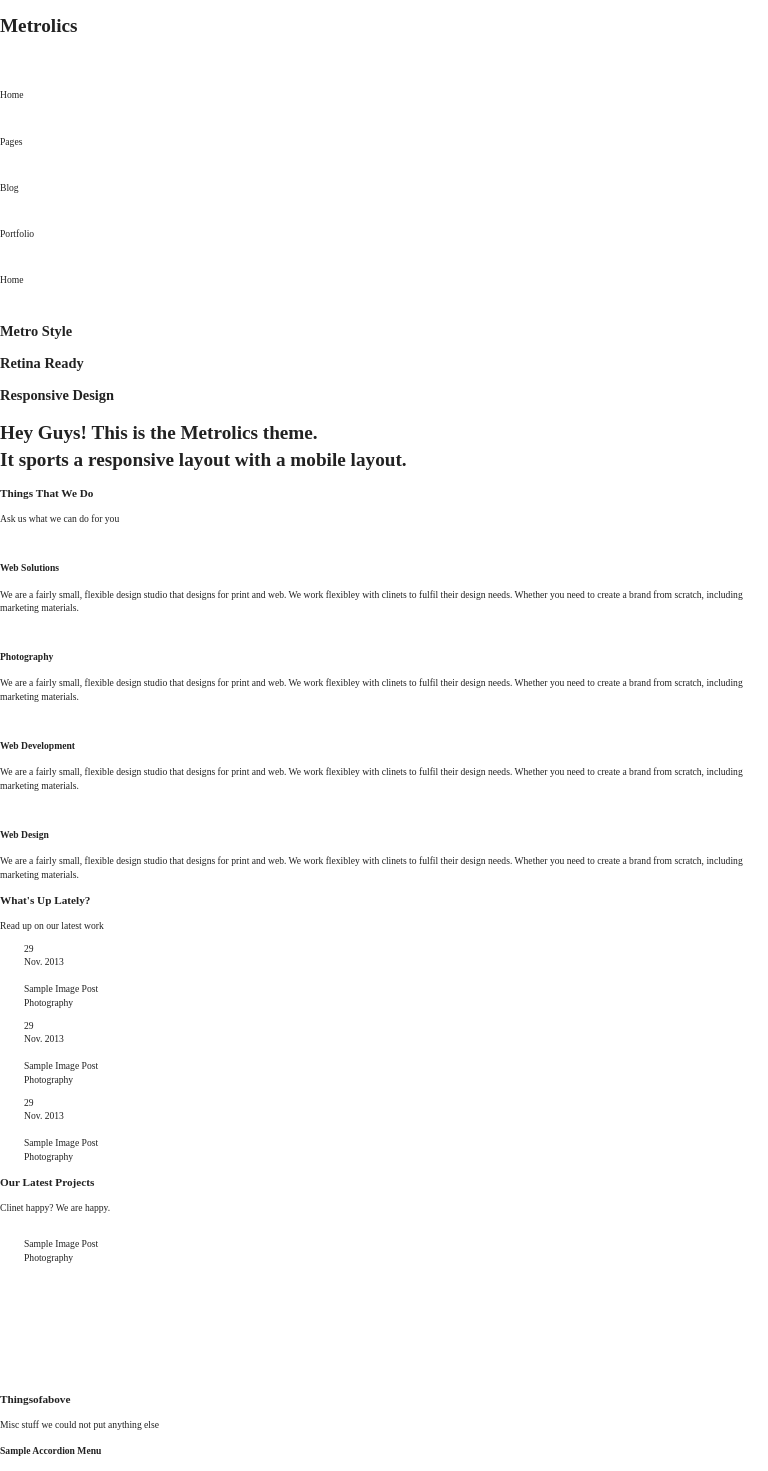
Repository: claudiashin/metrolics
Page: index.html
An editor plug-in stored every save of this project. The page is shown before and after a run of saves, followed by the edit.
The browser window is 1280 px wide. The pictures show the whole page, at 60% of full size.

Above is the page before, as saved 2021-01-27 16:09:30.

### index.html
<!doctype html>
<html class="no-js" lang="EN">

<head>
  <meta charset="utf-8">
  <title>MDIA 2003 Lab 3</title>
  <meta name="description" content="">
  <meta name="viewport" content="width=device-width, initial-scale=1">

  <link rel="manifest" href="site.webmanifest">
  <link rel="apple-touch-icon" href="icon.png">
  <!-- Place favicon.ico in the root directory -->

  <link rel="stylesheet" href="css/normalize.css">
  <link rel="stylesheet" href="css/main.css">
</head>

<body>
  <header class="page_header">
    <div class="logo">
      <div><h1>Metrolics</h1></div>
      <div class="logoimg"><img src=""></div>
    </div>
  </header>

  <nav class="page_nav">
    <div class="nav_container">
      <div class="nav_icon">
        <div><img src=""></div>
        <p>Home</p>
      </div>
      <div class="nav_icon">
        <div><img src=""></div>
        <p>Pages</p>
      </div><div class="nav_icon">
        <div><img src=""></div>
        <p>Blog</p>
      </div><div class="nav_icon">
        <div><img src=""></div>
        <p>Portfolio</p>
      </div><div class="nav_icon">
        <div><img src=""></div>
        <p>Home</p>
      </div>
    </div>
  </nav>

  <section class="main_container">
    <div class="hero_img">
      <img src="">
    </div>
    <div class="">
      <h2>Metro Style</h2>
      <h2>Retina Ready</h2>
      <h2>Responsive Design</h2>
    </div>
  </section>

  <section class="main_container">
    <div>
      <h1>Hey Guys! This is the <span class="textcol">Metrolics</span> theme.<br>It sports a responsive layout with a mobile layout.</h1>
    </div>
  </section>

  <section class="main_container">
    <div class="container">
      <h3>Things That We Do</h3>
      <p>Ask us what we can do for you</p>
    </div>
    <div class="container">
      <div class="container_feature">
        <div class="feature_img">
          <img src="">
        </div>
        <div><h4>Web Solutions</h4></div>
        <div><p>We are a fairly small, flexible design studio that designs for print
          and web. We work flexibley with clinets to fulfil their design needs. Whether
          you need to create a brand from scratch, including marketing materials.
        </p></div>
      </div>
    </div>
    <div class="container">
      <div class="container_feature">
        <div class="feature_img">
          <img src="">
        </div>
        <div><h4>Photography</h4></div>
        <div><p>We are a fairly small, flexible design studio that designs for print
          and web. We work flexibley with clinets to fulfil their design needs. Whether
          you need to create a brand from scratch, including marketing materials.
        </p></div>
      </div>
    </div><div class="container">
      <div class="container_feature">
        <div class="feature_img">
          <img src="">
        </div>
        <div><h4>Web Development</h4></div>
        <div><p>We are a fairly small, flexible design studio that designs for print
          and web. We work flexibley with clinets to fulfil their design needs. Whether
          you need to create a brand from scratch, including marketing materials.
        </p></div>
      </div>
    </div><div class="container">
      <div class="container_feature">
        <div class="feature_img">
          <img src="">
        </div>
        <div><h4>Web Design</h4></div>
        <div><p>We are a fairly small, flexible design studio that designs for print
          and web. We work flexibley with clinets to fulfil their design needs. Whether
          you need to create a brand from scratch, including marketing materials.
        </p></div>
      </div>
    </div>
  </section>

  <section class="main_container">
    <div class="container">
      <h3>What's Up Lately?</h3>
      <p>Read up on our latest work</p>
    </div>
    <div class="container">
      <figure>
        <figcaption>29 <br> Nov. 2013</figcaption>
        <img src="" value="">
        <figcaption>Sample Image Post <br> Photography</figcaption>
      </figure>
    </div>
    <div class="container">
      <figure>
        <figcaption>29 <br> Nov. 2013</figcaption>
        <img src="" value="">
        <figcaption>Sample Image Post <br> Photography</figcaption>
      </figure>
    </div>
    <div class="container">
      <figure>
        <figcaption>29 <br> Nov. 2013</figcaption>
        <img src="" value="">
        <figcaption>Sample Image Post <br> Photography</figcaption>
      </figure>
    </div>
  </section>

  <section class="main_container">
    <div class="container">
      <h3>Our Latest Projects </h3>
      <p>Clinet happy? We are happy.</p>
    </div>
    <div class="container">
      <figure>
        <img src="" value="">
        <figcaption>Sample Image Post <br> Photography</figcaption>
      </figure>
    </div>
    <div class="container">
      <figure>
        <img src="" value="">
      </figure>
    </div>
    <div class="container">
      <figure>
        <img src="" value="">
      </figure>
    </div>
    <div class="container">
      <figure>
        <img src="" value="">
      </figure>
    </div>
    <div class="container">
      <figure>
        <img src="" value="">
      </figure>
    </div>
    <div class="container">
      <figure>
        <img src="" value="">
      </figure>
    </div>
  </section>

  <section class="main_container">
    <div class="container">
      <h3>Thingsofabove </h3>
      <p>Misc stuff we could not put anything else</p>
    </div>
    <div class="container">
      <div class="items">
        <h4>Sample Accordion Menu</h4>
      </div>
      <div class="items">
        <div class="items_img">

        </div>
      </div>
    </div>

    <div class="container">

    </div>



  </section>

  <footer>

  </footer>
</body>

</html>

### css/main.css
/*! HTML5 Boilerplate v8.0.0 | MIT License | https://html5boilerplate.com/ */

/* main.css 2.1.0 | MIT License | https://github.com/h5bp/main.css#readme */
/*
 * What follows is the result of much research on cross-browser styling.
 * Credit left inline and big thanks to Nicolas Gallagher, Jonathan Neal,
 * Kroc Camen, and the H5BP dev community and team.
 */

/* ==========================================================================
   Base styles: opinionated defaults
   ========================================================================== */

html {
  color: #222;
  font-size: 1em;
  line-height: 1.4;
}

/*
 * Remove text-shadow in selection highlight:
 * https://twitter.com/miketaylr/status/12228805301
 *
 * Vendor-prefixed and regular ::selection selectors cannot be combined:
 * https://stackoverflow.com/a/16982510/7133471
 *
 * Customize the background color to match your design.
 */

::-moz-selection {
  background: #b3d4fc;
  text-shadow: none;
}

::selection {
  background: #b3d4fc;
  text-shadow: none;
}

/*
 * A better looking default horizontal rule
 */

hr {
  display: block;
  height: 1px;
  border: 0;
  border-top: 1px solid #ccc;
  margin: 1em 0;
  padding: 0;
}

/*
 * Remove the gap between audio, canvas, iframes,
 * images, videos and the bottom of their containers:
 * https://github.com/h5bp/html5-boilerplate/issues/440
 */

audio,
canvas,
iframe,
img,
svg,
video {
  vertical-align: middle;
}

/*
 * Remove default fieldset styles.
 */

fieldset {
  border: 0;
  margin: 0;
  padding: 0;
}

/*
 * Allow only vertical resizing of textareas.
 */

textarea {
  resize: vertical;
}

/* ==========================================================================
   Author's custom styles
   ========================================================================== */

/* ==========================================================================
   Helper classes
   ========================================================================== */

/*
 * Hide visually and from screen readers
 */

.hidden,
[hidden] {
  display: none !important;
}

/*
 * Hide only visually, but have it available for screen readers:
 * https://snook.ca/archives/html_and_css/hiding-content-for-accessibility
 *
 * 1. For long content, line feeds are not interpreted as spaces and small width
 *    causes content to wrap 1 word per line:
 *    https://medium.com/@jessebeach/beware-smushed-off-screen-accessible-text-5952a4c2cbfe
 */

.sr-only {
  border: 0;
  clip: rect(0, 0, 0, 0);
  height: 1px;
  margin: -1px;
  overflow: hidden;
  padding: 0;
  position: absolute;
  white-space: nowrap;
  width: 1px;
  /* 1 */
}

/*
 * Extends the .sr-only class to allow the element
 * to be focusable when navigated to via the keyboard:
 * https://www.drupal.org/node/897638
 */

.sr-only.focusable:active,
.sr-only.focusable:focus {
  clip: auto;
  height: auto;
  margin: 0;
  overflow: visible;
  position: static;
  white-space: inherit;
  width: auto;
}

/*
 * Hide visually and from screen readers, but maintain layout
 */

.invisible {
  visibility: hidden;
}

/*
 * Clearfix: contain floats
 *
 * For modern browsers
 * 1. The space content is one way to avoid an Opera bug when the
 *    `contenteditable` attribute is included anywhere else in the document.
 *    Otherwise it causes space to appear at the top and bottom of elements
 *    that receive the `clearfix` class.
 * 2. The use of `table` rather than `block` is only necessary if using
 *    `:before` to contain the top-margins of child elements.
 */

.clearfix::before,
.clearfix::after {
  content: " ";
  display: table;
}

.clearfix::after {
  clear: both;
}

/* ==========================================================================
   EXAMPLE Media Queries for Responsive Design.
   These examples override the primary ('mobile first') styles.
   Modify as content requires.
   ========================================================================== */

@media only screen and (min-width: 35em) {
  /* Style adjustments for viewports that meet the condition */
}

@media print,
  (-webkit-min-device-pixel-ratio: 1.25),
  (min-resolution: 1.25dppx),
  (min-resolution: 120dpi) {
  /* Style adjustments for high resolution devices */
}

/* ==========================================================================
   Print styles.
   Inlined to avoid the additional HTTP request:
   https://www.phpied.com/delay-loading-your-print-css/
   ========================================================================== */

@media print {
  *,
  *::before,
  *::after {
    background: #fff !important;
    color: #000 !important;
    /* Black prints faster */
    box-shadow: none !important;
    text-shadow: none !important;
  }

  a,
  a:visited {
    text-decoration: underline;
  }

  a[href]::after {
    content: " (" attr(href) ")";
  }

  abbr[title]::after {
    content: " (" attr(title) ")";
  }

  /*
   * Don't show links that are fragment identifiers,
   * or use the `javascript:` pseudo protocol
   */
  a[href^="#"]::after,
  a[href^="javascript:"]::after {
    content: "";
  }

  pre {
    white-space: pre-wrap !important;
  }

  pre,
  blockquote {
    border: 1px solid #999;
    page-break-inside: avoid;
  }

  /*
   * Printing Tables:
   * https://web.archive.org/web/20180815150934/http://css-discuss.incutio.com/wiki/Printing_Tables
   */
  thead {
    display: table-header-group;
  }

  tr,
  img {
    page-break-inside: avoid;
  }

  p,
  h2,
  h3 {
    orphans: 3;
    widows: 3;
  }

  h2,
  h3 {
    page-break-after: avoid;
  }
}

Loaded but not shown: css/normalize.css (library)

After the next 3 saves:
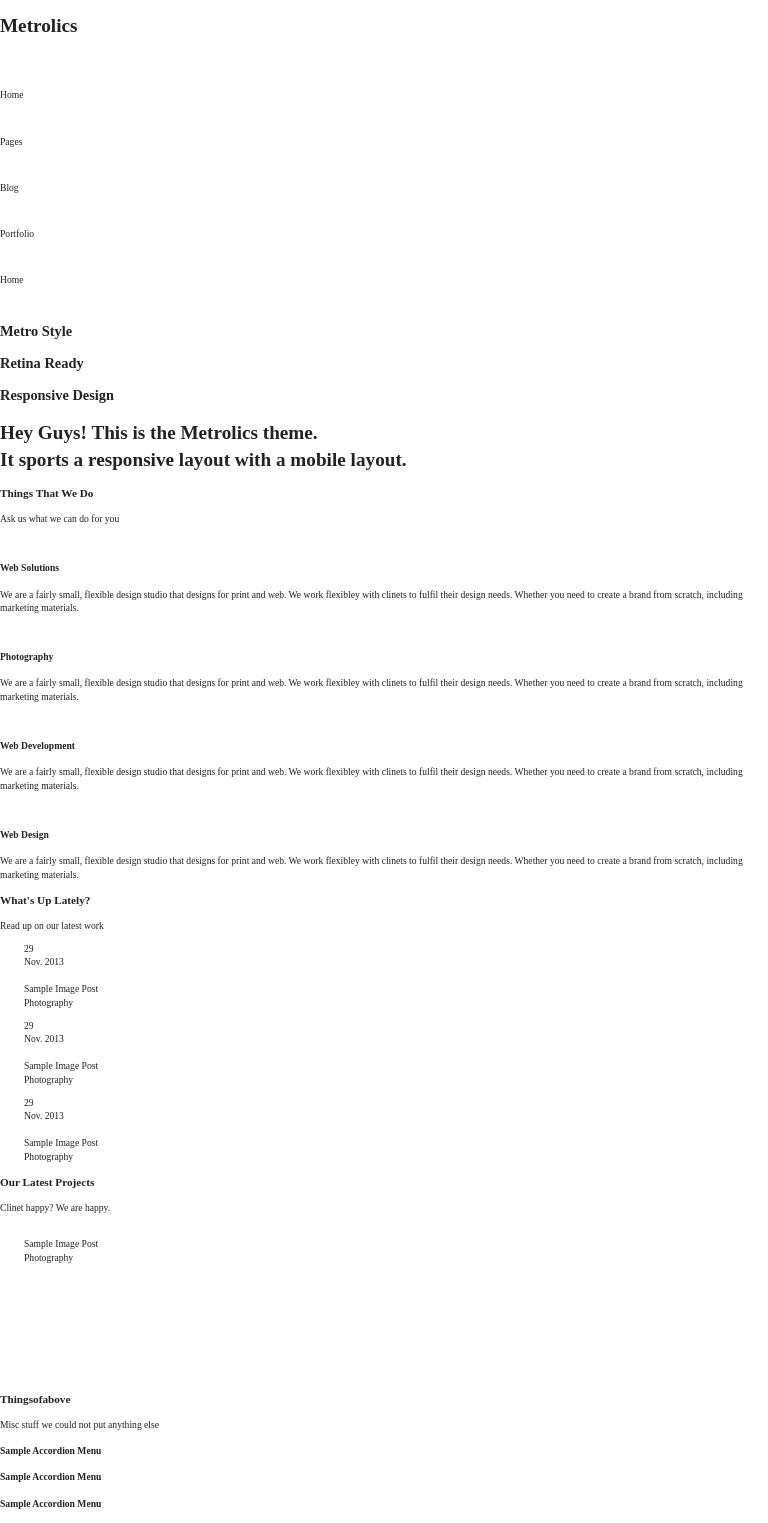
The 3 saves are shown as one change because they came seconds apart.
The last was saved 40 s later.
--- a/index.html
+++ b/index.html
@@ -195,6 +195,12 @@
 
         </div>
       </div>
+      <div class="items">
+        <h4>Sample Accordion Menu</h4>
+      </div>
+      <div class="items">
+        <h4>Sample Accordion Menu</h4>
+      </div>
     </div>
 
     <div class="container">
